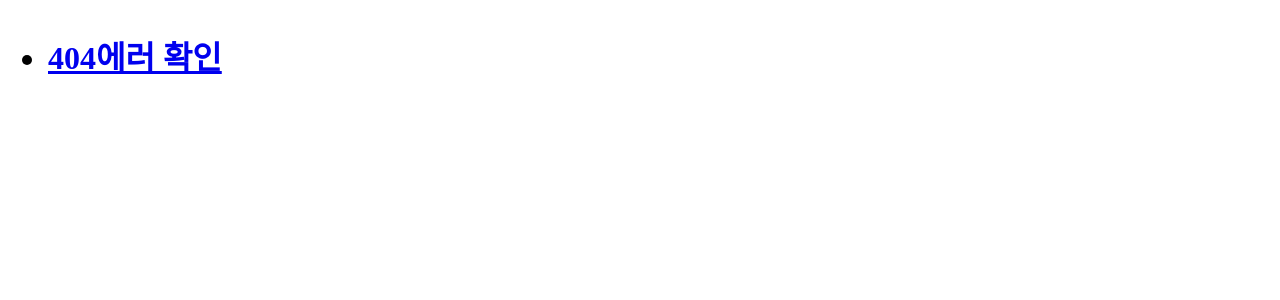
Repository: jisoo9603/servlet
Page: workspace/chap06-exception-handler-lecture-source/src/main/webapp/index.html
An editor plug-in stored every save of this project. The page is shown before and after the next save, followed by the edit.
The browser window is 1280 px wide. The pictures show the whole page.

Above is the page before, as saved 2023-03-21 02:29:53.

After the next save:
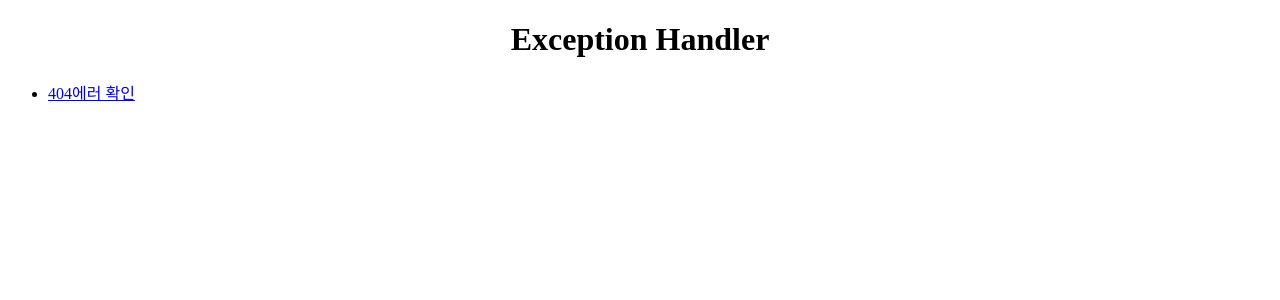
Saved 17 s later.
--- a/workspace/chap06-exception-handler-lecture-source/src/main/webapp/index.html
+++ b/workspace/chap06-exception-handler-lecture-source/src/main/webapp/index.html
@@ -5,7 +5,7 @@
 <title>Insert title here</title>
 </head>
 <body>
-	<h1 align="center>Exception Handler"</h1>
+	<h1 align="center">Exception Handler</h1>
 	<ul>
 		<li><a href="show404Error">404에러 확인</a></li>
 	</ul>
